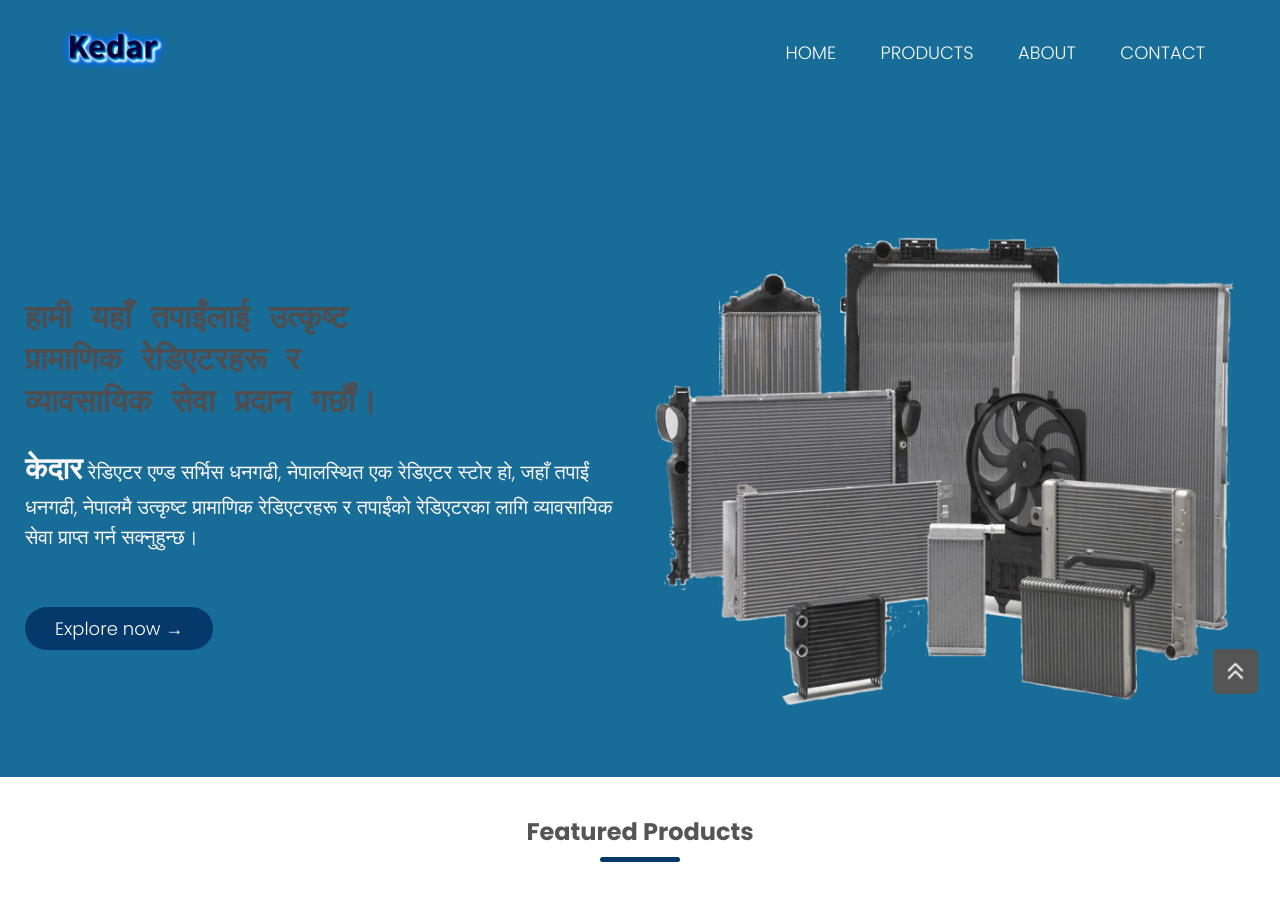
Repository: shyamchand-git/KedarRadiator
Page: index.html
These files come from the project's save history. The page is drawn as it stood at one moment and after the next save; the edit follows.
The browser window is 1280 px wide. The pictures show the part of the page from y = 0 to 922 px (the page is 2937 px tall before and 2951 px after).
A picture or video elsewhere on the page could not be fetched, so the positions and the page height are approximate.

Above is the page before, as saved 2026-02-22 13:09:22.

### index.html
<!DOCTYPE html>
<html lang="en">

    <head>
        <meta charset="UTF-8">
        <meta name="Viewport" content="width=device-width,initial scale=1.0">
        <meta http-equiv="X-UA-Compatible" content="IE=edge">
        <meta name="viewport" content="width=device-width, initial-scale=1.0">
        <title> Kedar Radiator | Radiator and Service</title>
        <link rel="preconnect" href="https://fonts.gstatic.com">
        <link
            href="https://fonts.googleapis.com/css2?family=Poppins:ital,wght@0,300;0,600;0,700;1,400;1,500&display=swap"
            rel="stylesheet">
        <link rel="stylesheet" href="stylefrs.css">
        <link rel="stylesheet" href="css/all.min.css">
        <link rel="apple-touch-icon" sizes="57x57"
            href="fav1icon/apple-icon-57x57.png">
        <link rel="apple-touch-icon" sizes="60x60"
            href="fav1icon/apple-icon-60x60.png">
        <link rel="apple-touch-icon" sizes="72x72"
            href="fav1icon/apple-icon-72x72.png">
        <link rel="apple-touch-icon" sizes="76x76"
            href="fav1icon/apple-icon-76x76.png">
        <link rel="apple-touch-icon" sizes="114x114"
            href="fav1icon/apple-icon-114x114.png">
        <link rel="apple-touch-icon" sizes="120x120"
            href="fav1icon/apple-icon-120x120.png">
        <link rel="apple-touch-icon" sizes="144x144"
            href="fav1icon/apple-icon-144x144.png">
        <link rel="apple-touch-icon" sizes="152x152"
            href="fav1icon/apple-icon-152x152.png">
        <link rel="apple-touch-icon" sizes="180x180"
            href="fav1icon/apple-icon-180x180.png">
        <link rel="icon" type="image/png" sizes="192x192"
            href="fav1icon/android-icon-192x192.png">
        <link rel="icon" type="image/png" sizes="32x32"
            href="fav1icon/favicon-32x32.png">
        <link rel="icon" type="image/png" sizes="96x96"
            href="fav1icon/favicon-96x96.png">
        <link rel="icon" type="image/png" sizes="16x16"
            href="fav1icon/favicon-16x16.png">
        <link rel="manifest" href="fav1icon/manifest.json">
        <meta name="msapplication-TileColor" content="#ffffff">
        <meta name="msapplication-TileImage" content="/ms-icon-144x144.png">
        <meta name="theme-color" content="#ffffff">
        <meta name="description">

        <meta name="keyword"
    radiator ,
    radiator,
    radiator coolant,
    radiator meaning,
    radiator price in bd,
    radiator meaning in bengali,
    radiator price,
    radiator fan,
    radiator cap,
    radiator guard,
    radiator airer,
    radiator assembly,
    radiator air vent,
   radiator additive,
   radiator allen key,
   radiator assy,
   radiator autozone,
   radiator accessories,
   radiator bangla meaning,
   radiator brush,
   radiator brackets,
   radiator bleed key,
   radiator bleed valve,
   radiator btu calculator,
   radiator bathroom,
   radiator blanking cap,
   radiator coolant water,
   radiator car,
   radiator cleaning solution,
   radiator cooling fan,
   radiator coolant price in bangladesh,
   radiator covers,
   radiator depot,
   radiator definition,
   radiator duster,
   radiator drain plug,
   radiator drain valve,
   radiator denver,
   radiator drying rack,
   radiator diagram,
   radiator express,
   radiator extension,
   radiator electric,
   radiator expansion tank,
   radiator enamel,
   radiator exchange,
   radiator epoxy,
   radiator end caps,
   radiator flush,
   radiator fan not working,
   radiator fan price in bd,
   radiator fluid,
   radiator flush near me,
   radiator flush cost,
   radiator flush kit,
   radiator guard for mt 15,
   radiator guard for r15 v3,
   radiator grill,
   radiator grill sheets,
   radiator genie,
   radiator grill store,
   radiator gasket,
   radiator hose pipe,
   radiator hose,
   radiator heater,
   radiator hose replacement
   radiator heating,
   radiator hose clamps,
   radiator hospital,
   radiator house,
   radiator in car,
   radiator in transformer,
   radiator in house,
   radiator inhibitor,
   radiator installation,
   radiator in spanish,
   radiator inc,
   radiator image,
   radiator jeep,
   radiator jeep cherokee,
   radiator jeep wrangler,
   radiator jali,
   radiator jeep grand cherokee,
   radiator jb weld,
   radiator joint,
   radiator jokes,
   radiator key,
   radiator kereta,
   radiator king,
   radiator kopen,
   radiator knob,
   radiator key sizes,
   radiator kit,
   radiator key b&q,
   radiator leak,
   radiator leak repair,
   radiator leak stop,
   radiator leaking water,
   radiator leak sealant,
   radiator leak repair cost,
   radiator leaking coolant,
   radiator leak fix,
   radiator meaning in hindi,
   radiator mount,
   radiator making noise,
   radiator mobil,
   radiator meaning in urdu,
   radiator mounting brackets,
   radiator not heating up,
   radiator near me,
   radiator not working,
   radiator noise,
   radiator neck,
   radiator nipple,
   radiatore noodles,
   radiator nmax,
   radiator of car,
   radiator of transformer,
   radiator outlet,
   radiator overflow tank,
   radiator overflow,
   radiator outlet discount code,
   radiator ombouw,
   radiator overheating,
   radiator price in bangladesh,
   radiator pc,
   radiator pressure cap,
   radiator parts,
   radiator paint,
   radiator pipe covers,
   radiator quick disconnect
   radiator quick fix,
   radiator qtt,
   radiator quick connect fittings,
   radiator quick disconnect tool
   radiator quotes,
   radiator qtt aerox,
   radiator qiymetleri,
   radiator repair,
   radiator repair near me,
   radiator replacement cost,
   radiator repair shop,
   radiator reservoir,
   radiator replacement,
   radiator repair cost,
   radiator roller,
   radiator springs,
   radiator shelf,
   radiator shop near me,
   radiator stop leak,
   radiator springs racers,
   radiator sealant,
   radiator support,
   radiator shop,
   radiator tubes are generally made of,
   radiator thermostat,
   radiator towel rail
   radiator table,
   radiator tails,
   radiator types,
   radiator tank,
   radiator towel rack,
   best radiator">
        <meta name="author" content="fahimradiator.ml">

        <!-- Global site tag (gtag.js) - Google Analytics -->
        <script async
            src="https://www.googletagmanager.com/gtag/js?id=G-ZXY6CN5H6E"></script>
        <script>
  window.dataLayer = window.dataLayer || [];
  function gtag(){dataLayer.push(arguments);}
  gtag('js', new Date());

  gtag('config', 'G-ZXY6CN5H6E');
</script>

    </head>

    <body>
        <a href="#section-1" class="scroll-top">
            <svg xmlns="http://www.w3.org/2000/svg" class="h-6 w-6" fill="none"
                viewBox="0 0 24 24" stroke="currentColor">
                <path stroke-linecap="round" stroke-linejoin="round"
                    stroke-width="2" d="M5 11l7-7 7 7M5 19l7-7 7 7" />
            </svg>
        </a>

        <div class="header " id="section-1" style="background: #186d98;">
            <div class="container">
                <div class="naVbar ">
                    <div class="logo">
                        <a href="index.html"> <img src="images/kedar-logo.png" alt="Kedar Rediator"
                                width="120px"> </a>

                    </div>
                    <nav>
                        <ul id="menuitems">
                            <li><a href="index.html">HOME</a></li>
                            <li><a href="productsfrs.html">PRODUCTS</a></li>
                            <li><a href="aboutfrs.html">ABOUT</a></li>
                            <li><a href="contactsfrs.html">CONTACT</a></li>
                        </ul>
                    </nav>
                    <img src="images/menu.png" class="menuicon"
                        onclick="menutoggle()">
                </div>
                <div class="row">
                    <div class="col2">


                        <h1>हामी यहाँ तपाईंलाई उत्कृष्ट <br> प्रामाणिक
                            रेडिएटरहरू र <br> व्यावसायिक सेवा प्रदान
                            गर्छौं।</h1>

                        <p style="font-size: 20px;"><b style="font-size: 30px;">केदार</b> रेडिएटर एण्ड सर्भिस धनगढी, नेपालस्थित एक
                            रेडिएटर स्टोर हो, जहाँ तपाईं धनगढी, नेपालमै उत्कृष्ट
                            प्रामाणिक रेडिएटरहरू र तपाईंको रेडिएटरका लागि
                            व्यावसायिक सेवा प्राप्त गर्न सक्नुहुन्छ।</p> <br>



                        <a href="aboutfrs.html" class="btn">Explore now
                            &#8594;</a>
                    </div>
                    <div class="col2">
                        <img src="images/rediatorgrp.png.png" width="610px">
                    </div>
                </div>
            </div>
        </div>

        <!-- featured products  -->
        <div class="small-container ">
            <h2 class="tittle" id="products">Featured Products</h2>
            <div class="row">
                <div class="col4">
                    <!-- <a href="radiator-core-copper-1.html">--> <img
                            src="images/radiator core (copper).png">
                        <h4>Radiator Core (copper)</h4>
                    </a>

                </div>
                <div class="col4">
                    <!-- <a href="radiator-core-almuniam-1.html">  -->
                        <img
                            src="images/radiator core (almuniam).png">
                        <h4>Radiator Core (aluminiam)</h4>
                    </a>

                </div>
                <div class="col4">
                    <!-- <a href="radiator-assembly.html"> -->
                         <img
                            src="images/radiator assembly.png">
                        <h4>Radiator Assambly</h4>
                    </a>

                </div>
                <div class="col4">
                    <!-- <a href="air-cooler.html"> -->
                         <img src="images/air cooler.png">
                        <h4>Air Cooler</h4>
                    </a>

                </div>
                <div class="col4">
                    <!-- <a href="hydraulic-oil-cooler.html"> -->
                         <img
                            src="images/hydraulic oil cooler.jpg">
                        <h4> Hydraulic Oil Cooler</h4>
                    </a>

                </div>
                <div class="col4">
                    <!-- <a href="other-products.html">  -->
                        <img
                            src="images/other products.png">
                        <h4>Other Products</h4>
                    </a>

                </div>

            </div>
        </div>

        <!-- offer  -->
        <div class="offer" style="background: #186d98;">
            <div class="small-container">
                <div class="row">
                    <div class="col2">
                        <img src="images/radiator-about-pic.png"
                            class="offer-img">
                    </div>
                    <div class="col2">
                       <h1>नेपालको उत्कृष्ट रेडिएटर</h1>
                        <p style="font-size: 20px;"> <b style="font-size: 30px;">केदार</b> रेडिएटर एन्ड सर्भिस सबै प्रकारका रेडिएटर तथा रेडिएटरसँग सम्बन्धित उत्पादनहरूको खुद्रा विक्रेता हो।
                             हामी तपाईंलाई रेडिएटरका लागि भरपर्दो र व्यावसायिक सेवा पनि प्रदान गर्दछौं।</p>

                        <br>
                        <a href="productsfrs.html" class="btn">Buy now
                            &#8594;</a>
                    </div>
                </div>
            </div>
        </div>

        <!-- brands -->
        <div class="brands ">
            <div class="small-container">
                <h2 class="tittle">Brands</h2>
                <div class="row">

                    <div class="col5">
                        <img src="images/banco logo.png" alt>
                    </div>

                    <div class="col5">
                        <img src="images/eicher.png" alt>
                    </div>
                    <div class="col5">
                         <img src="images/bolero.jpg" alt>
                    </div>
                    <div class="col5">
                        <img src="images/mahindra.jpg" alt>
                    </div>


                </div>
            </div>
        </div>

        <!-- footer  -->
        <div class="footer">
            <div class="container">
                <div class="row">

                    <div class="footercol4">
                        <img src="images/kedar-logo.png" width="104px">
                        <p>We assure you the best radiator and service.</p>
                    </div>
                    <div class="footercol4">

                        <h3>OUR STORE</h3>

                        <p> Near Tribhuwan chowk  Dhangadhi,Kailali
                            </p>
                    </div>
                    <div class="footercol4">

                        <h3>OUR SERVICE CENTER</h3>

                        <p>Tribhuwan chowk  Dhangadhi,Nepal</p>
                    </div>
                    <div class="footercol4">

                        <h3>CONTACT US</h3>

                        <br>
                          <p>+977 9812700600</p>
                    </div>

                </div>
                <hr>
                <p class="copyright">&copy; Copyright 2025-All rights reserved
                </p>
            </div>
        </div>

    </body>
    <!-- js for toogle menu  -->
    <script>
    var menuitems = document.getElementById("menuitems");

    menuitems.style.maxHeight = "0px";

    function menutoggle() {
        if (menuitems.style.maxHeight == "0px") {
            menuitems.style.maxHeight = "200px";
        }
        else {
            menuitems.style.maxHeight = "0px";
        }
    }
</script>


</html>

### stylefrs.css
*{
    margin: 0;
    padding: 0;
    box-sizing: border-box;
}
html{
    scroll-behavior: smooth;
}

body{
    font-family: 'Poppins', sans-serif;

}
.scroll-top{

    height: 50px;
    width: 50px;
    background-color: #555;
    position: fixed;
    bottom: 10px;
    right: 10px;
    cursor: pointer;
    border-radius: 6px;
    box-shadow: 0px 0px 0px rgba(0,0,0,0.5);
    display: flex;
    align-items: center;
    justify-content: center;
    transform: scale(0.9);
    transition: 0.3s ease-in-out transform;

}
.scroll-top svg{
    width: 50%;
    color: #fff;
    pointer-events: none;
}
.scroll-top:hover{
    transform: scale(1);

}
.naVbar{





    display: flex;
    align-items: center;
    padding: 20px;


}
nav{
    flex: 1;
    text-align: right;


}

nav ul{
    list-style-type: none;
    display: inline-block;



}


nav ul li{
    display: inline-block;
    margin-right: 20px;
}
 a{
    text-decoration: none;
    color: #f7f9fb;
    border-radius:35px;
    margin: 14px 10px;
    font-size: 18px;



}

p{
    color: #fbf7f7;
}
.container{
    max-width: 1300px;
    margin: auto;
    padding: 0 25px;
}

.row{
    display: flex;
    flex-wrap: wrap;
    align-items: center;
    justify-content: space-around;

}
.col2{
    flex-basis: 50%;
    min-width: 300px;
}
.col2 img{
    max-width: 100%;
    padding: 50px 0;
}

.header{
    background:radial-gradient(#59c8c7,#4E4E50) ;


}
.sticky{
    position: -webkit-sticky;
    position: sticky;
    top: 0;



}
.sticky-naVbar{
    padding: 0;
}
.header .row{
    margin-top: 70px ;
}
.btn{
    display: inline-block;
    color: #fff;
    background: #05386B;
    padding: 8px 30px;
    margin: 30px 0;
    border-radius: 30px;
    transition: background 0.5s;
}
.btn:hover{
    background: #4E4E50;

}

.col2 h1{
    font-size: 32px;
    line-height: 42px;
    margin: 25px 0;
    color:#4E4E50;
    font-family: consolas;
}


/* categories  */
.tittle{
    text-align: center;
    margin: 0 auto 80px;
    position: relative;
    line-height: 60px;
    color: #555;
}
.tittle::after{
    content:'';
    display: block;
    background :#05386B;
    width: 80px;
    height: 5px;
    border-radius: 5px;
    position: absolute;
    bottom: 0;
    left: 50%;
    transform: translateX(-50%);

}
.categories{
    margin: 70px 0;
}
.col3{
    flex-basis: 25%;
    margin-bottom: 30px;
    min-width: 250px;
}
.col3 h4{
    text-align: center;
    color:#555 ;
    margin-bottom: 20px;
}
.col3 img{
    width: 100%;
}

/* featured products */
.small-container{
    max-width: 1080px;
    margin: auto;
    padding-left: 25px;
    padding-right: 25px;
    padding-top: 25px;
}
h4{
    color: #555;
    font-weight: normal;
}
.col4 p{
    font-size: 14px;
    color: #555;
}
/* .col4:hover{
    transform: translateY(-6px);
} */
.col4{
    flex-basis: 25%;
    padding: 10px;
    min-width: 200px;
    margin-bottom: 50px;
    /* transition: transform 0.5s; */
    cursor: pointer;
}
.col4 img{
    width: 100%;
}
.pagebtn span{
    display: inline-block;
    border: 1px solid #05386B;
    margin-left: 10px;
    width: 40px;
    height: 40px;
    text-align: center;
    line-height: 40px;
    cursor: pointer;

}
.pagebtn span a{
    color: #555;
}

.pagebtn span:hover{
    background: #05386B;
    color: #fff;
}
.pagebtn span a:hover{
    color: white;
}


/* brands */
.brands{
    margin: 100px auto 0;
}
.col5{
    width: 160px;
}
.col5 img{
    width: 100%;
    cursor: pointer;
    filter: grayscale(100%);
}
.no-scale img{
filter: none;
}

.col5 img:hover{
    filter: grayscale(0);
}

/* testimonial */
.testimonial{
    margin: 100px auto;

}
.testimonial .col3{
   text-align: center;
   padding: 40px 20px;
   box-shadow: 0 0 20px 0 rgb(0,0,0.1);
   cursor: pointer;
   transition: transform 0.5s;
}
.testimonial .col3 img{
    width: 80px;
    margin-top: 20px;
    border-radius: 50%;
}
.col3 p{
    font-size: 12px;
    margin: 12px 0;
    color: #777;
}
.testimonial .col3:hover{
    transform: translateY(-10px);
}
.testimonial .col3 h3{
    font-weight: 600;
    color: #555;
    font-size: 16px;
}

/* media query for menu */
.menuicon{
    width: 28px;
    margin-left: 20px;
    display: none;
}
@media screen and (max-width:800px){
    naV ul{
        position: absolute;
        top: 70px;
        left: 0;
        background:#4E4E50 ;
        width: 100%;
        overflow: hidden;
        transition: max-height 0.5s;
    }
    naV ul li{
        display: block;
        margin-right: 50px;
        margin-top: 10px;
        margin-bottom: 10px;
    }
    naV ul li a{
        color: white;
    }
    .menuicon{
        display:inline-block;
        cursor: pointer;
    }
}


/* footer  */
.footer{
    background: #000;
    color: #8a8a8a;
    font-size: 14px;
    padding: 60px 0 20px;
}
.footer p{
    color: #8a8a8a;
}
.footer h3{
    color: #fff;
    margin-top: 20px;
}
.footercol4{
    min-width:250px ;
    margin-bottom: 20px;
    flex-basis: 50%;
     text-align: center;
}


.footer hr{
    border: none;
    background: #b5b5b5;
    height: 1px;
    margin: 20px 0;
}
.copyright{
    text-align: center;
}

.footercol4 a{
    display: inline-block;
}


/* contact page form  */
.formcontainer{
    width: 90%;
    max-width: 500px;
    margin: 0 auto;
    padding: 20px;
    box-shadow: 0 0 20px #00000020;
    background-color: #fff;
    border-radius: 10px;
    margin-bottom: 20px;
}
.formrow{
   flex-direction: column;
   align-items: center;
   justify-content: center;

}


.formgroup{
    width: 100%;
    margin-top: 20px;
    font-size: 20px;
}
.formgroup input
.formgroup textarea
{
width: 100%;
padding: 5px;
font-size: 18px;
border: 1px solid rgb(187, 187, 187);
color: #555;
margin-top: 5px;
}
textarea{
resize: vertical;
}
button[type="submit"]{
    width: 100%;
    border: none;
    outline: none;
    padding: 5px;
    font-size: 15px;
    border-radius: 27px;
    font-family: montserrat;
    color:#0493f3 ;
    text-align: center;
    cursor: pointer;
    margin-top: 10px;
    transition: .3s ease background-color;
}
button[type="submit"]:hover{
    background-color: #c8e2f3;
}
#status{
    width: 90%;
    max-width: 500px;
    text-align: center;
    padding: 5px;
    margin: 8px auto;
    border-radius: 28px;

}
#status.succes{
    background-color: rgb(181, 236, 98);
    animation: status 4s ease forwards;
}
#status.error{
    background-color: rgba(218, 55, 55, 0.897);
    color: #fff;
    animation: status 4s ease forwards;
}
@keyframes status {
    0%{
        opacity: 1;
        pointer-events: 1;
    }
    90%{
        opacity: 1;
        pointer-events: 1;
    }
   100%{
        opacity: 0;
        pointer-events: none;
    }
}
/* media query for 600 scren size */
@media screen and (max-width:600px){
    .row{
        text-align: center;

    }
    .col2, .col3, .col4{
        flex-basis: 100%;
    }
     .radiator .radiator-p{
        margin: 0;
    }
    .scroll-top:hover{
        transform: scale(0.9);
    }

}


.contact_row {
    display:block;
   text-align: center;
}
.line{
    text-align: center;
    padding-bottom: 55px;
}
.fa-map-marker-alt{
    color: #555;
}
.Vehcle-brand{
    margin: 0 auto;
}


.radiator-p {
    color: #555;
    margin: 0 200px;

}
.detail-p{
    color: #555;


}
                         /* about page  */

.offer{
    background:radial-gradient(#59c8c7,#4E4E50);
    margin-top: 80px;
    padding: 30px 0;
}
.offer .offer-img{
    padding: 50px;
}
                      /* single product */
.single-product{
    margin-top: 80px;
    margin: 20px 0;
    font-size: 22px;
    font-weight: bold;
}
.single-product .col2{
    padding: 20px;
}
.single-product .col2 img{
    padding: 0;

}
.single-product .fa{
    margin-left: 10px;
    color: #05386B;
}
.radiator-a{
    color:#05386B ;
    font-size: 21px;
    font-weight: 700;
    text-align: center;
    display: flex;
    justify-content: center;
}

Loaded but not shown: css/all.min.css (library)

After the next save:
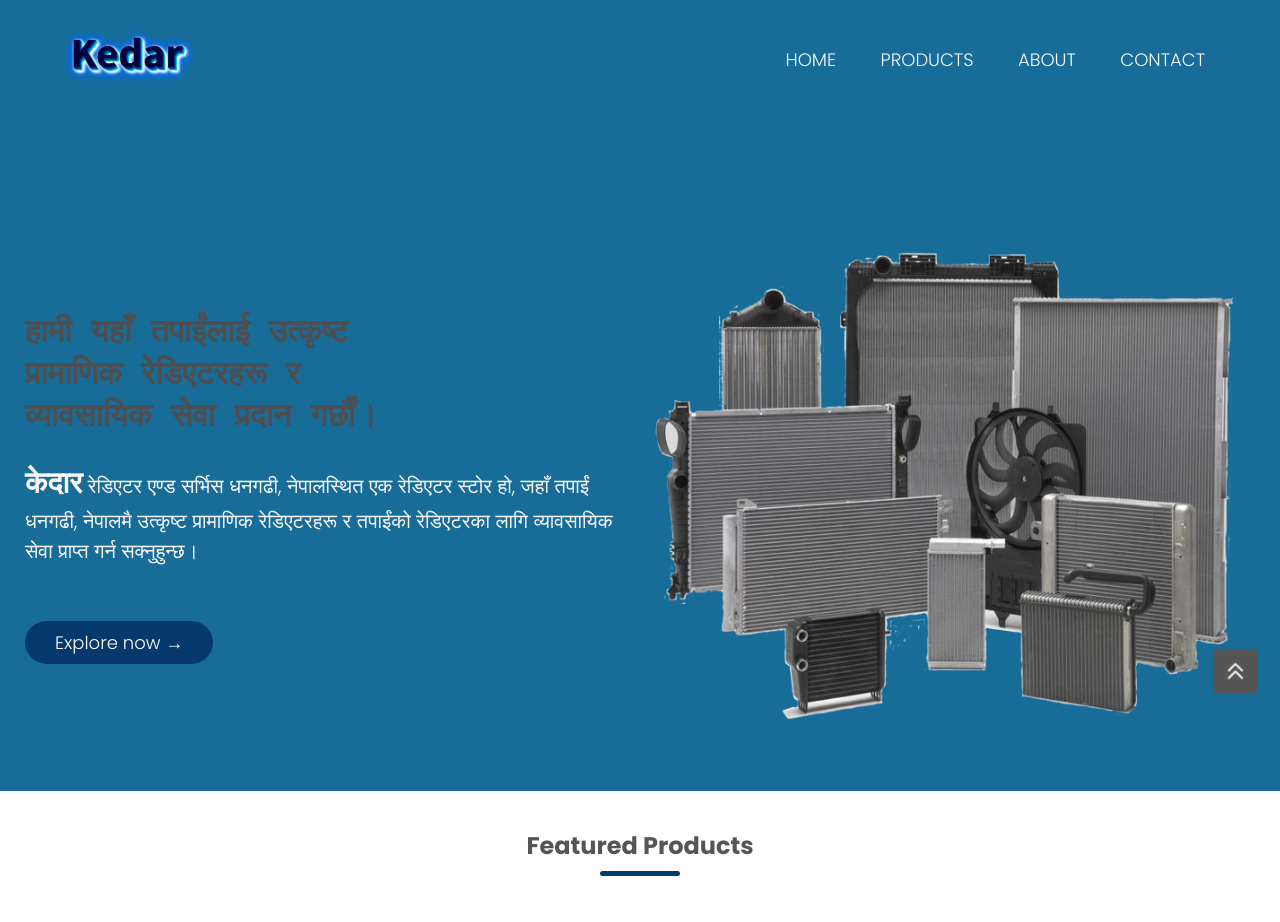
Saved 17 min 11 s later.
--- a/index.html
+++ b/index.html
@@ -238,7 +238,7 @@
                 <div class="naVbar ">
                     <div class="logo">
                         <a href="index.html"> <img src="images/kedar-logo.png" alt="Kedar Rediator"
-                                width="120px"> </a>
+                                width="150px"> </a>
 
                     </div>
                     <nav>
